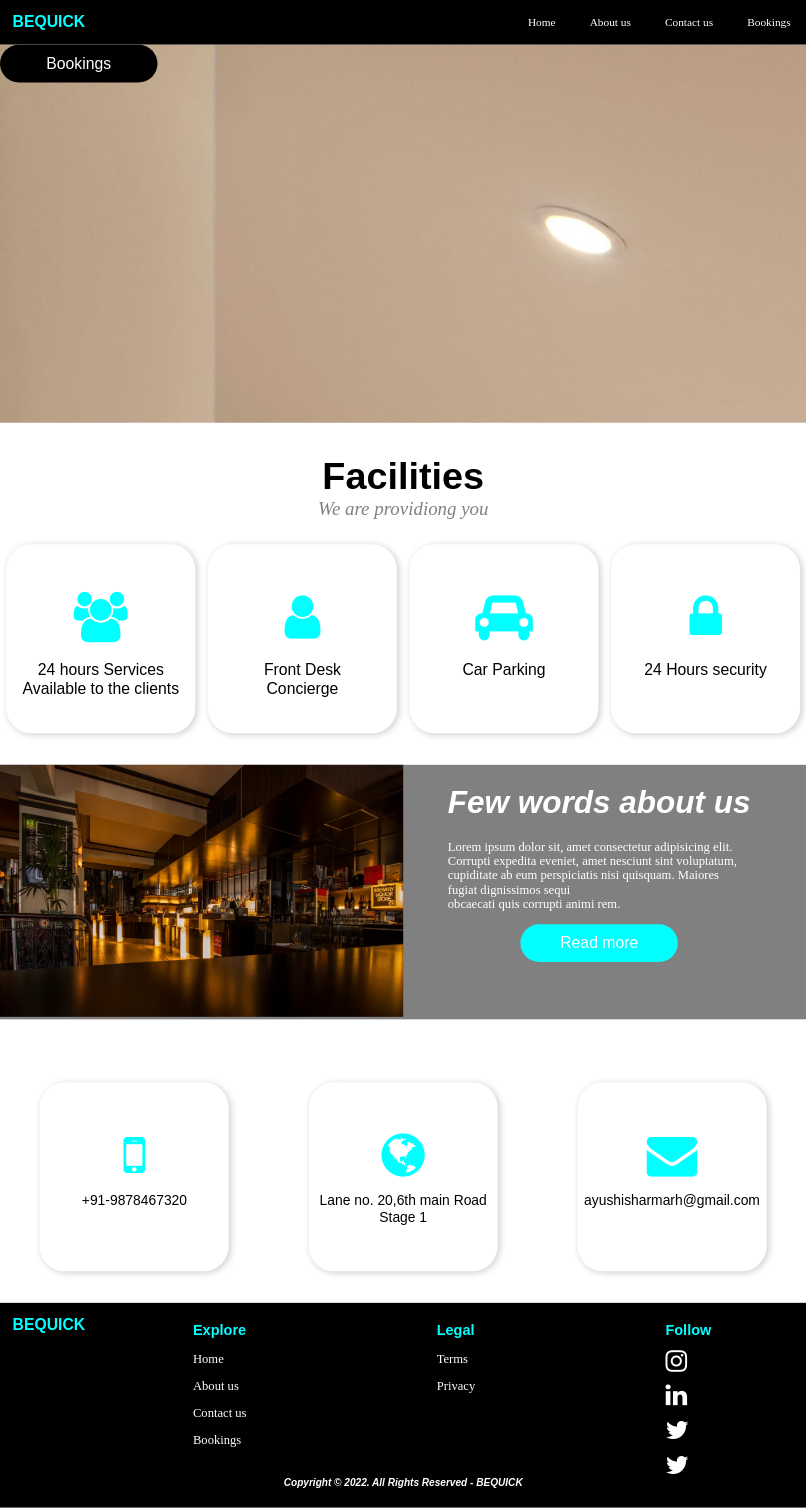
Repository: Ayushi6Sharma/BEQUICK_Hotel_Booking_Web
Page: index.html
An editor plug-in stored every save of this project. The page is shown before and after the next save, followed by the edit.
The browser window is 1280 px wide. The pictures show the whole page, at 63% of full size.

Above is the page before, as saved 2022-05-10 02:19:10.

### index.html
<!DOCTYPE html>
<html lang="en">
<head>
    <meta charset="UTF-8">
    <meta http-equiv="X-UA-Compatible" content="IE=edge">
    <meta name="viewport" content="width=device-width, initial-scale=1.0">
    <link rel="stylesheet" href="./style/style.css">
    <!-- <link rel="stylesheet" href="https://cdn.jsdelivr.net/npm/@fortawesome/fontawesome-free@5.15.4/css/fontawesome.min.css" integrity="sha384-jLKHWM3JRmfMU0A5x5AkjWkw/EYfGUAGagvnfryNV3F9VqM98XiIH7VBGVoxVSc7" crossorigin="anonymous"> -->
    <!-- <link href="https://cdnjs.cloudflare.com/ajax/libs/font-awesome/5.13.0/css/all.min.css" rel="stylesheet"> -->
    <link rel="stylesheet" href="https://stackpath.bootstrapcdn.com/font-awesome/4.7.0/css/font-awesome.min.css" integrity="sha384-wvfXpqpZZVQGK6TAh5PVlGOfQNHSoD2xbE+QkPxCAFlNEevoEH3Sl0sibVcOQVnN" crossorigin="anonymous">

</head>
    <title>Bequick Hotel</title>
</head>
<body>
    <main>
        <nav class="nav">
            <ul class="nav-list">
                <span class="logo">BEQUICK</span>
                <li><a href="#">Home</a></li>
                <li><a href="#">About us</a></li>
                <li><a href="#">Contact us</a></li>
                <li><a href="#">Bookings</a></li>
            </ul>
        </nav>

        <!-- section 1 -->

        <section class="hotel-main-image">
                <div class="bookings-btn">Bookings</div>
                <!-- <img src="./images/hotel-img-2.jpg" class="hotel-img-2"> -->
        </section>
        <!-- section 2  -->
        <section>
            <div class="section2-facilities">
               <div class="main-facilities">Facilities</div>
                <div class="main-facilities-lower">We are providiong you </div>
            </div>
            <div class="flex1-container1">
                <div class="flex1-item1">
                    <div class="facilities">
                        <i class="fa fa-users fa-5x"></i>
                        <div class="facilities-content">
                            24 hours Services Available to the clients
                        </div>
                    </div>
                </div>
                <div class="flex1-item2">
                    <div class="facilities">
                        <i class="fa fa-user fa-5x"></i>
                        <div class="facilities-content">
                            Front Desk
                            <br/>Concierge
                        </div>
                    </div>
                </div>
                <div class="flex1-item3">
                    <div class="facilities">
                        <i class="fa fa-car fa-5x"></i>
                        <div class="facilities-content">
                            Car Parking
                        </div>
                    </div>
                </div>
                <div class="flex1-item4">
                    <div class="facilities">
                        <i class="fa fa-lock fa-5x"></i>
                        <div class="facilities-content">
                            24 Hours security
                        </div>
                    </div>
                </div>
            </div>
        </section>
        <!-- section 3 -->
        <section>
            <div class="about">
                <div>
                    <img src="./images/hotel-img-3.jpg" class="about-image">
                </div>
                <div class="about-content">
                    <div class="about-content-1">
                        Few words about us
                    </div>
                    <div class="about-content-2">
                        Lorem ipsum dolor sit, amet consectetur adipisicing elit.
                        <br/>Corrupti expedita eveniet, amet nesciunt sint voluptatum,
                        <br> cupiditate ab eum perspiciatis nisi quisquam. Maiores
                        <br/>fugiat dignissimos sequi
                        <br> obcaecati quis corrupti animi rem.
                    </div>
                    <div class="about-btn">
                        Read more
                    </div>
                </div>
            </div>
        </section>
        <!-- section 4 -->
        <section>
            <div class="flex2-container2">
                <div class="flex2-item1">
                    <div class="location">
                        <i class="fa fa-mobile fa-5x"></i>
                        <div class="location-content">
                            +91-9878467320
                        </div>
                    </div>
                </div>
                <div class="flex2-item2">
                <div class="location">
                        <i class="fa fa-globe fa-5x"></i>
                        <div class="location-content">
                            Lane no. 20,6th main Road
                            <br/>Stage 1
                        </div>
                    </div>
                </div>
                <div class="flex2-item3">
                <div class="location">
                        <i class="fa fa-envelope fa-5x"></i>
                        <div class="location-content">
                            ayushisharmarh@gmail.com
                        </div>
                    </div>
                </div>
            </div>
        </section>
        <!-- footer -->
        <footer>
            <div class="footer">
                <div class="logo" id="footer-logo">BEQUICK</div>
                <div class="footer-flex">
                    <!-- <div class="logo" id="footer-logo">BEQUICK</div> -->
                    <div class="footer-list">
                        <ul class="footer-list-1">
                            <div class="footer-list-heading">Explore</div>
                            <li>Home</li>
                            <li>About us</li>
                            <li>Contact us</li>
                            <li>Bookings</li>
                        </ul>
                    </div>
                    <div class="footer-list">
                        <ul class="footer-list-2">
                            <div class="footer-list-heading">Legal</div>
                            <li>Terms</li>
                            <li>Privacy</li>
                        </ul>
                    </div>
                    <div class="footer-list">
                        <ul class="footer-list-3">
                            <div class="footer-list-heading">Follow</div>
                            <li>
                                <a href="#"><i class="fa fa-instagram fa-2x"></i></a>
                            </li>
                            <li>
                                <a href="#"><i class="fa fa-linkedin fa-2x"></i></a>
                            </li>
                            <li>
                                <a href="#"><i class="fa fa-twitter fa-2x"></i></a>
                            </li>
                            <li>
                                <a href="#"><i class="fa fa-twitter fa-2x"></i></a>
                            </li>
                        </ul>
                    </div>
                </div>
                <!-- copyright -->
                <div class="copyright">
                    Copyright &copy; 2022. All Rights Reserved - BEQUICK
                </div>
            </div>
        </footer>
    </main>
</body>
</html>

### style/style.css
*
{
    padding: 0px;
    margin: 0px;
    box-sizing: border-box;
}
/* nav */
.nav
{
    background-color: black;
}
.nav-list
{
    list-style-type:none;
    width: 100%;
    text-align: end;
}
.nav-list > li
{
    display: inline-block;
    padding: 25px;
    font-size: 18px;
}
.nav-list li a
{
    text-decoration: none;
    color:white;
}
.nav-list li a:hover
{
    color: aquamarine;
}
.logo
{
    padding: 20px;
    color:aqua;
    float: left;
    font-size: 25px;
    font-weight: bolder;
    font-family: sans-serif;
}
/* section 1 */
/* main image */
.hotel-img-2
{
    width: 100%;
    height:500px;
}
.hotel-main-image
{
    background-image:url('../images/hotel-img-2.jpg');
    height:600px;
}
.bookings-btn
{
    width:250px;
    height: 60px;
    background-color: black;
    color:white;
    border-radius: 40px;
    text-align: center;
    padding-top: 15px;
    font-size:25px;
    font-family: sans-serif;
}

/* section 2 */
.flex1-container1
{
    display: flex;
    flex-direction: row;
    flex-wrap: wrap;
    margin-top: 40px;
    justify-content: space-around;
    align-content:space-around;
}
/* Facilities */
.section2-facilities
{
    text-align: center;
    margin-top:50px;
}
.main-facilities
{
    font-size: 60px;
    font-weight: bold;
    font-family: sans-serif;
}
.main-facilities-lower
{
    font-size: 30px;
    font-style: italic;
    color:grey;
}
.facilities
{
    width:300px;
    height:300px;
    text-align:center;
    border-radius: 40px;
    box-shadow: 3px 2px 10px 1px lightgrey;
}
.facilities i{
    margin-top: 25%;
    color:aqua;
}
.facilities-content
{   margin-top: 30px;
    font-size: 25px;
    font-family:sans-serif;
}
/* section 3 */
.about{
    margin-top: 50px;
    display: flex;
    flex-wrap: wrap;
    background-color:grey;
}
.about-image
{
    width:90%;
    height:400px;
}
.about-content-1
{
    font-size: 50px;
    font-weight: bold;
    font-family: sans-serif;
    color: white;
    font-style: italic;
    margin-top: 30px;
}
.about-content-2
{
    color:white;
    word-wrap: break-word;
    font-size: 20px;
    padding-top: 30px;
    margin-bottom: 20px;
}
.about-btn
{
    width:250px;
    height: 60px;
    background-color: aqua;
    color:white;
    border-radius: 40px;
    text-align: center;
    padding-top: 15px;
    font-size:25px;
    border: none;
    font-family: sans-serif;
    margin: auto;
}

/* section 4 */

.flex2-container2
{
    display: flex;
    justify-content: space-around;
    margin-top: 100px;
    text-align: center;
    align-content:space-around;
    flex-wrap: wrap;
}
.location
{
    width:300px;
    height:300px;
    text-align:center;
    border-radius: 40px;
    box-shadow: 3px 2px 10px 1px lightgrey;
}
.location i
{
    color:aqua;
    padding-top: 25%;
}
.location-content
{
    font-size: 22px;
    font-family:sans-serif;
    padding-top: 20px;
}

/* footer */
.footer{
    background-color: black;
}
.footer-flex
{
    display: flex;
    justify-content: space-around;
    margin-top: 50px;
}
.footer-list-heading
{
    font-weight: bold;
    font-size: 23px;
    font-family: sans-serif;
    color:aqua;
    margin-top:30px;
}
.footer-list > ul
{
    list-style-type: none;
    color:white;
    font-size: 20px;
}
.footer-list-1 >li
{
    padding-top:20px;
}
.footer-list-2 >li
{
    padding-top:20px;
}
.footer-list-3 i
{
    padding-top: 15px;
    color: white;
}
/* copyright */
.copyright
{
    text-align: center;
    color:white;
    font-family: sans-serif;
    font-weight: bold;
    font-style: italic;
    padding-bottom: 30px;
}
/* media queries */

After the next save:
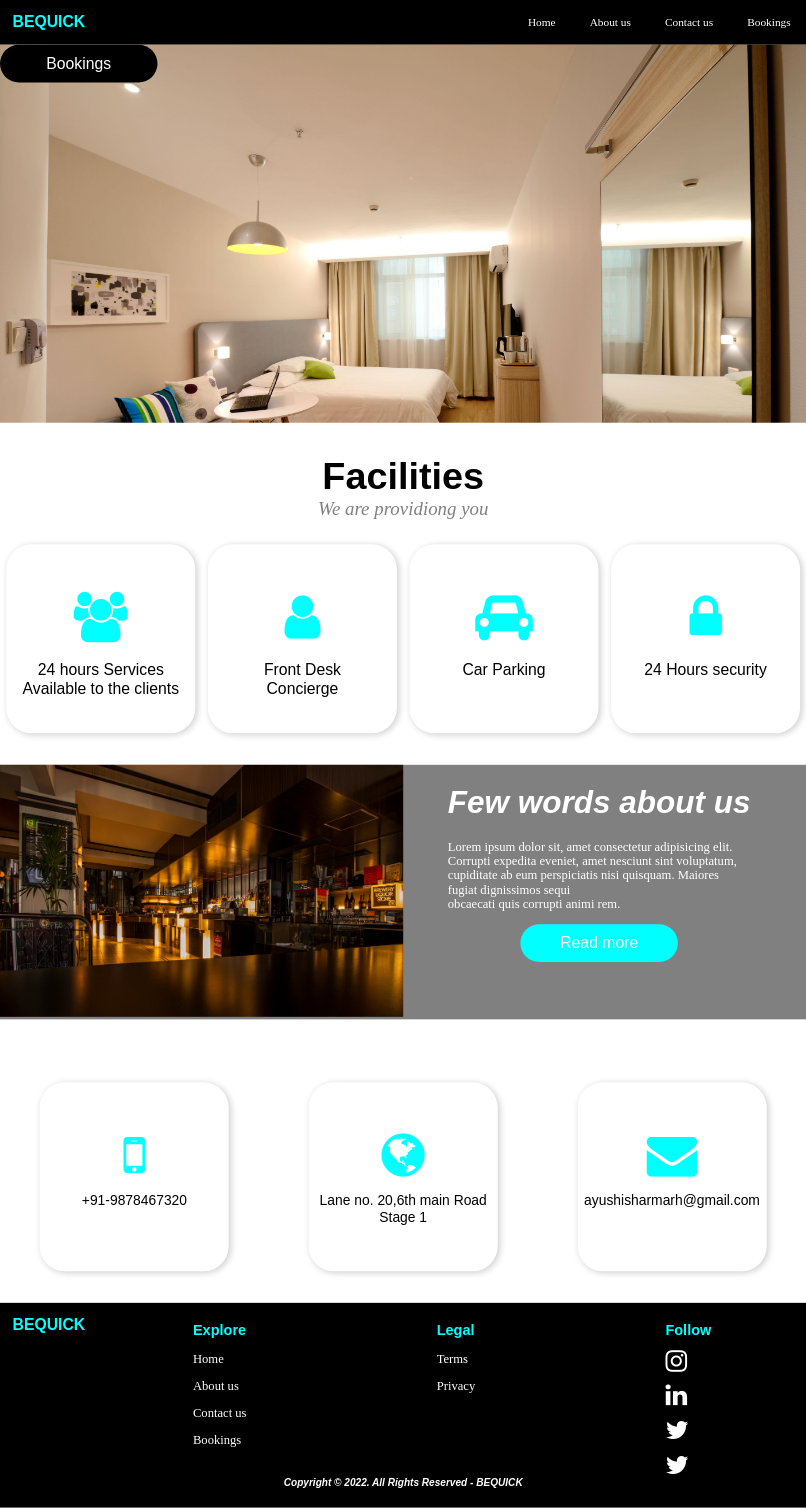
Saved 53 s later.
--- a/style/style.css
+++ b/style/style.css
@@ -50,6 +50,8 @@
 {
     background-image:url('../images/hotel-img-2.jpg');
     height:600px;
+    width:100%;
+    background-size: cover;
 }
 .bookings-btn
 {
